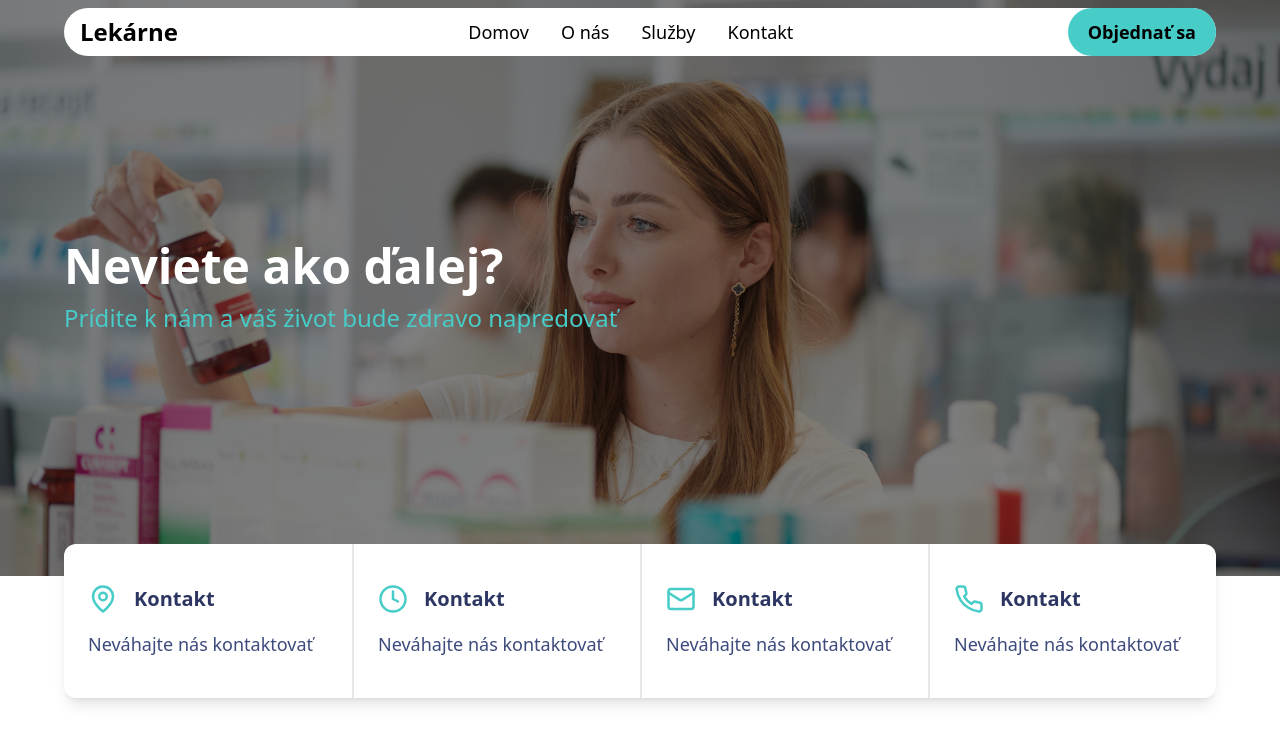
Repository: SimonSkoda13/Lekaren
Page: /
The author's editor kept a copy of each file at every save. The page is drawn from the files as they stood at one save, then again after the next save.
The browser window is 1280 px wide. The pictures show the whole page.
The project was rebuilt for these pictures with package versions that can differ from the ones it lists, and the page was loaded fresh each time. The framework's server and built-in components were replaced by stand-ins that run in the browser. Also part of the build but not shown: next.config.js.

Above is the page before, as saved 2023-04-22 18:12:12.

After the next save:
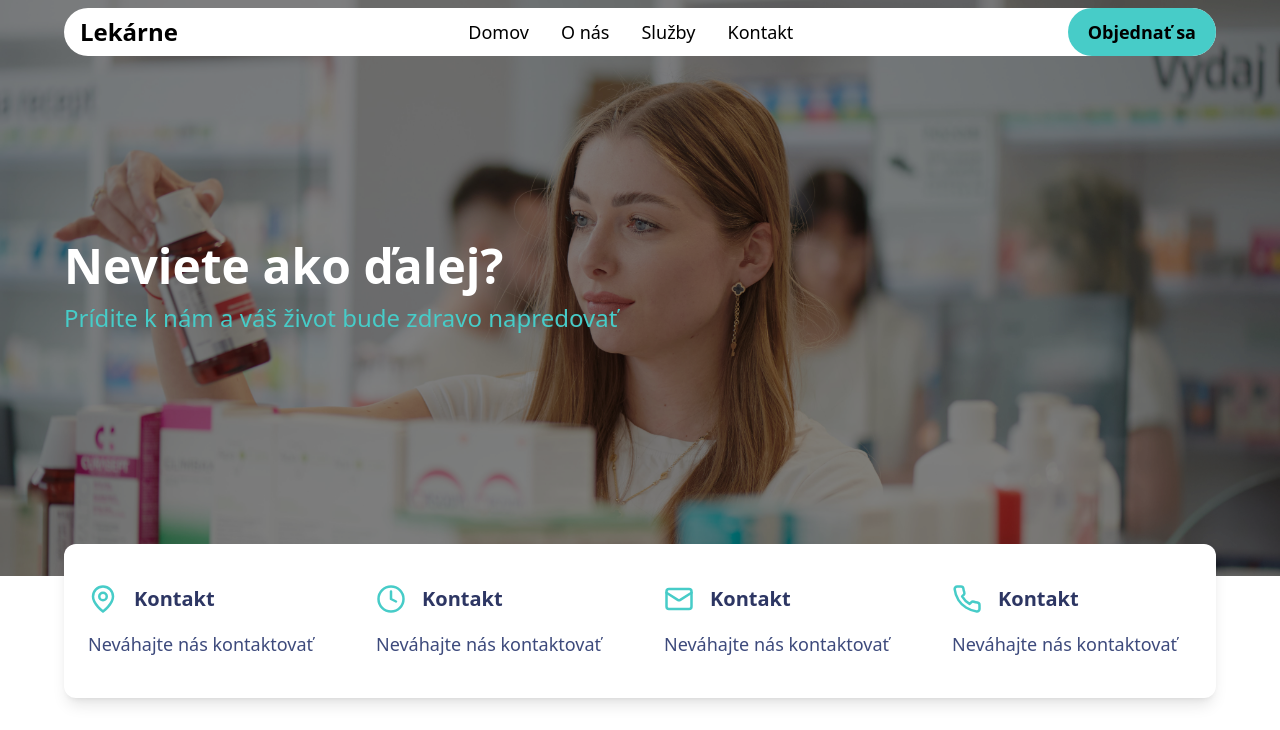
Saved 40 s later.
--- a/src/app/components/Contact/Contact.tsx
+++ b/src/app/components/Contact/Contact.tsx
@@ -14,27 +14,23 @@ export const Contact = (props: ContactProps) => {
   const { items } = props;
   return (
     <section className="cntn z-10 relative top-[-2rem]">
-      <div className="w-full grid grid-cols-2 md:grid-cols-4 items-start bg-white rounded-xl shadow-lg divide-x-2">
+      <div className="w-full grid grid-cols-2 md:grid-cols-4 items-start bg-white rounded-xl shadow-lg divide-x-1 divide-primary">
         {items?.map((item) => (
-          <>
-            <div className="flex flex-col items-start gap-4 p-6 py-10">
-              {/* <Image
+          <div className="flex flex-col items-start gap-4 p-6 py-10">
+            {/* <Image
             src={item.icon}
             alt={"contactIcon" + item.title}
             width={100}
             height={100}
           /> */}
-              <div className="flex w-full flex-row gap-4 items-center">
-                {item.icon}
-                <h2 className="text-xl font-bold text-secondary">
-                  {item.title}
-                </h2>
-              </div>
-              <p className="text-lg font-medium text-secondary-light">
-                {item.description}
-              </p>
+            <div className="flex w-full flex-row gap-4 items-center">
+              {item.icon}
+              <h2 className="text-xl font-bold text-secondary">{item.title}</h2>
             </div>
-          </>
+            <p className="text-lg font-medium text-secondary-light">
+              {item.description}
+            </p>
+          </div>
         ))}
       </div>
     </section>
